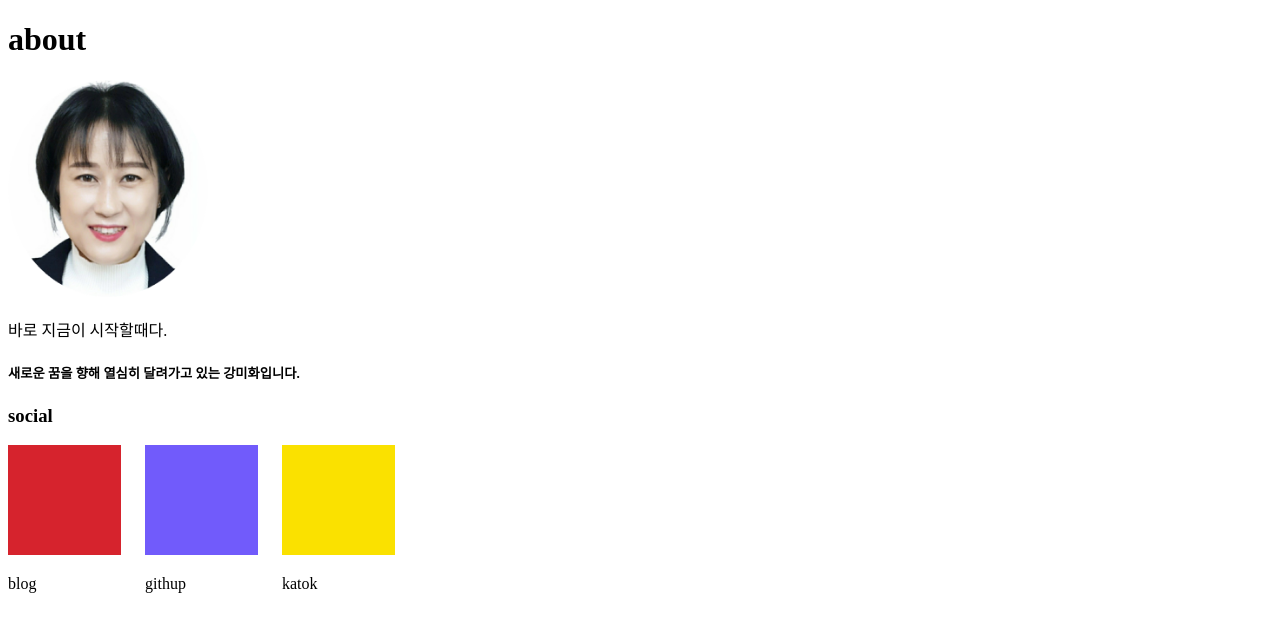
Repository: kmh9964/view
Page: workspace/studyhtml5/src/htmltags03.html
These files come from the project's save history. The page is drawn as it stood at one moment and after the next save; the edit follows.
The browser window is 1280 px wide. The pictures show the whole page.

Above is the page before, as saved 2022-12-14 07:43:24.

### workspace/studyhtml5/src/htmltags03.html
<!doctype html>
<html lang="ko">
<head>
	<meta charset="UTF-8" />
	<meta http-equiv="X-UA-Compatible" content="IE=Edge" />
	<meta name="viewport" content="width=device-width, initial-scale=1.0">
	<title>자바 백엔드 개발자 프로필</title>
	<style>
	.icons{
		display: flex;      /* 표시방법 : 플렉스 */
		column-gap: 1.5rem; /* 컬럼-간격: 1rem만큼 띄어줘*/
	}
	</style>

</head>
<body>
	<h1>about</h1>
 	<img src="images/photo.png" alt="지원자 강미화" width="200">
 	<p>바로 지금이 시작할때다. </p>
 	<h5>새로운 꿈을 향해 열심히 달려가고 있는 강미화입니다. </h5>
 	<h3>social</h3>
 	<div class="icons">
 		<div>
 			<img src="images/blog.png" alt="link to blog">
 			<p>blog</p>
 		</div>
 		<div>
 			<img src="images/githup.png" alt="link to githup">
 			<p>githup</p>
 		</div>
 		<div>
 			<img src="images/katok.png" alt="link to katok">
 			<p>katok</p>
 		</div>
 	</div>


</body>
</html>

After the next save:
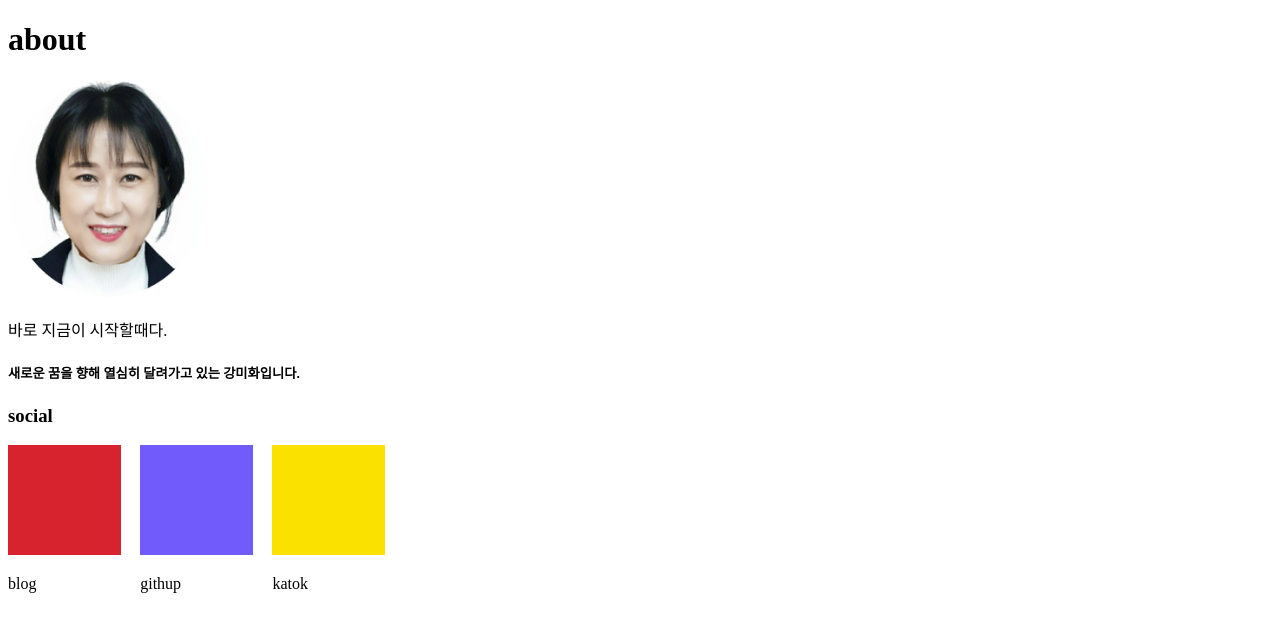
Saved 16 s later.
--- a/workspace/studyhtml5/src/htmltags03.html
+++ b/workspace/studyhtml5/src/htmltags03.html
@@ -8,7 +8,7 @@
 	<style>
 	.icons{
 		display: flex;      /* 표시방법 : 플렉스 */
-		column-gap: 1.5rem; /* 컬럼-간격: 1rem만큼 띄어줘*/
+		column-gap: 1.2rem; /* 컬럼-간격: 1rem만큼 띄어줘*/
 	}
 	</style>
 
